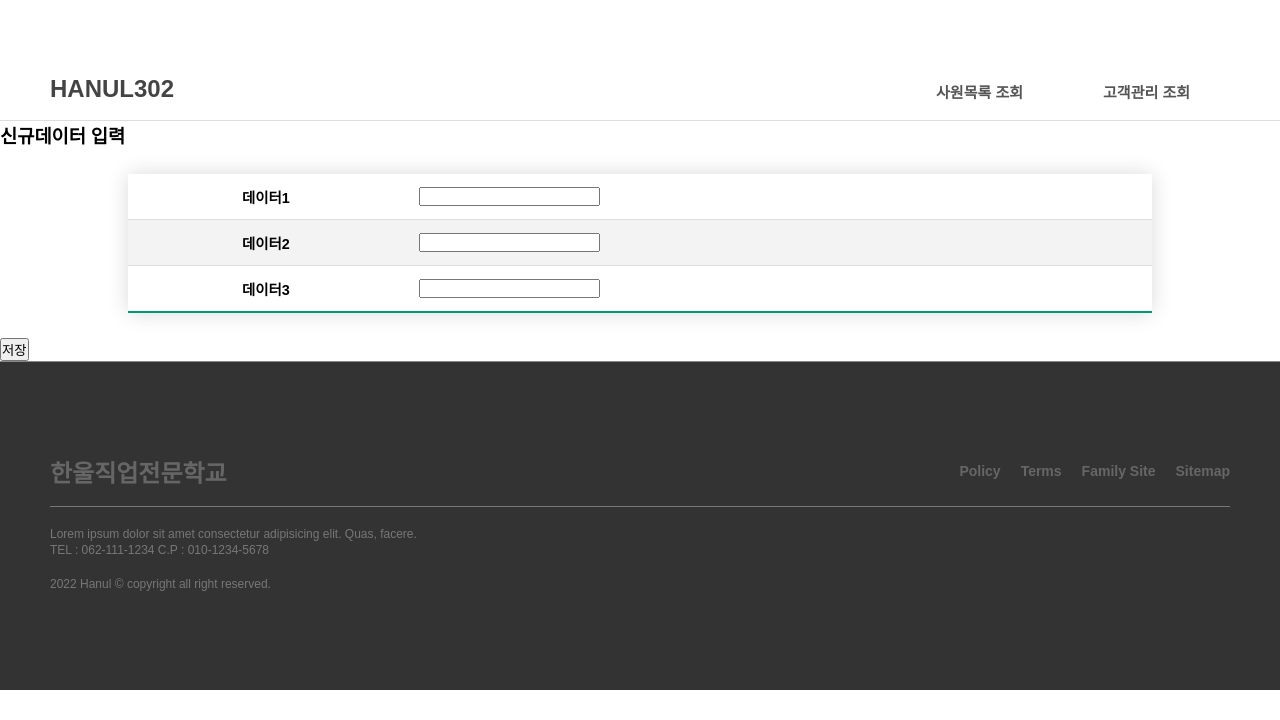
Repository: Xeyeong/servlet
Page: http://localhost/05.MiniProject/test/new.jsp
An editor plug-in stored every save of this project. The page is shown before and after the next save, followed by the edit.
The browser window is 1280 px wide. The pictures show the whole page.
Some web libraries are served in a nearby version. The page is served by Tomcat 9. Other server files are loaded and not shown.

Above is the page before, as saved 2022-09-16 02:58:19.

### 05.MiniProject/src/main/webapp/test/new.jsp
<%@ page language="java" contentType="text/html; charset=UTF-8"
	pageEncoding="UTF-8"%>
<!DOCTYPE html>
<html>
<head>
<meta charset="UTF-8">

<title>Insert title here</title>
</head>
<body>

	<%@ include file="/include/header.jsp"%>

	<h3>신규데이터 입력</h3>
	<table class="styled-table">
		<tr>
			<th>데이터1</th>
			<td><input type="text" /></td>
		</tr>
		<tr>
			<th>데이터2</th>
			<td><input type="text" /></td>
		</tr>
		<tr>
			<th>데이터3</th>
			<td><input type="text" /></td>
		</tr>
	</table>
	<div>
		<input type='submit' value='저장'>
	</div>
	<%@ include file="/include/footer.jsp"%>
</body>
</html>

### 05.MiniProject/src/main/webapp/include/header.jsp
<%@ page language="java" contentType="text/html; charset=UTF-8"
	pageEncoding="UTF-8"%>
<!DOCTYPE html>
<html>
<head>
<meta charset="UTF-8">
<title>Insert title here</title>
</head>
<body>

<head>
<meta charset="UTF-8">
<meta http-equiv="X-UA-Compatible" content="IE=CHROME">
<meta name="viewport" content="width=device-width, initial-scale=1.0">
<title>실습용 테마</title>
<link rel="icon" href="favicon.ico" type="image/x-icon">
<script src="https://kit.fontawesome.com/c47106c6a7.js"
	crossorigin="anonymous"></script>
<link rel="stylesheet" href="css/style.css">
<script src="js/ie.js"></script>
<linka
	href="https://cdn.jsdelivr.net/npm/bootstrap@5.2.0-beta1/dist/css/bootstrap.min.css"
	rel="stylesheet"
	integrity="sha384-0evHe/X+R7YkIZDRvuzKMRqM+OrBnVFBL6DOitfPri4tjfHxaWutUpFmBp4vmVor"
	crossorigin="anonymous">
<script
	src="https://cdn.jsdelivr.net/npm/bootstrap@5.2.0-beta1/dist/js/bootstrap.bundle.min.js"
	integrity="sha384-pprn3073KE6tl6bjs2QrFaJGz5/SUsLqktiwsUTF55Jfv3qYSDhgCecCxMW52nD2"
	crossorigin="anonymous"></script>
<script src="https://code.jquery.com/jquery-3.6.0.min.js"></script>
</head>
<body>
	<header>
		<div class="inner">
			<h1>
				<a href="#">HANUL302</a>
			</h1>
			<ul id="gnb">
				<li><a href="jspTest_01.te">사원목록 조회</a></li>
				<li><a href="jspTest_02.te">고객관리 조회</a></li>
			</ul>


		</div>

	</header></html>

### 05.MiniProject/src/main/webapp/include/footer.jsp
<%@ page language="java" contentType="text/html; charset=UTF-8"
    pageEncoding="UTF-8"%>
<footer>
		<div class="inner">
			<div class="upper">
				<h1>한울직업전문학교</h1>
				<ul>
					<li><a href="#">Policy</a></li>
					<li><a href="#">Terms</a></li>
					<li><a href="#">Family Site</a></li>
					<li><a href="#">Sitemap</a></li>
				</ul>
			</div>
			<div class="lower">
				<address>
					Lorem ipsum dolor sit amet consectetur adipisicing elit. Quas,
					facere.<br> TEL : 062-111-1234 C.P : 010-1234-5678
				</address>
				<p>2022 Hanul &copy; copyright all right reserved.</p>
			</div>
		</div>
</footer>

### 05.MiniProject/src/main/webapp/css/style.css
@charset 'utf-8';


* {
	margin: 0px;
	padding: 0px;
	box-sizing: border-box;
}
ul,
ol {
	list-style: none;
}
a {
	text-decoration: none;
}

/* header */
header {
	width: 100%;
	border-bottom: 1px solid #ddd;
}
header .inner {
	width: 1180px;
	height: 120px;
	margin: 0px auto;
	position: relative; /*자식 absolute 요소의 기준점 설정*/
}
header .inner h1 {
	position: absolute;
	left: 0px;
	bottom: 15px;
}
header .inner h1 a {
	font: bold 24px/1 "arial";
	color: #444;
}
header .inner .util {
	position: absolute;
	top: 20px;
	right: 30px;
}
header .inner .util li {
	float: left;
}
header .inner .util li a {
	display: block;
	font: 18px "arial";
	color: #999;
	padding: 0px 10px;
}
header .inner #gnb {
	position: absolute;
	bottom: 0px;
	right: 0px;
}
header .inner #gnb li {
	float: left;
}
header .inner #gnb li a {
	display: block; /*인라인 요소는 block설정하여 크기를 조절가능*/
	font: bold 15px/1 "arial";
	color: #555;
	padding: 20px 40px;
	transition: all 0.5s;
}
header .inner #gnb li a:hover {
	background: #555;
	color: #fff;
}
figure {
	width: 100%;
	height: calc(100vh - 120px); /*전체 브라우저 높이에서 120px만큼 빼줌*/
	background: #000;
	position: relative;
	overflow: hidden;
	padding-top: 250px;
}
figure video {
	object-fit: cover; /*영상을 figure안쪽에 꽉 차도록 설정*/
	width: 100%;
	height: 100%;
	opacity: 0.3;
	position: absolute;
	top: 0px;
	left: 0px;
}
figure .inner {
	width: 1180px;
	margin: 0px auto;
	position: relative;
}
figure .inner h1 {
	font: normal 120px/1 "arial";
	color: #fff;
	margin-bottom: 20px;
}
figure .inner p {
	font: 16px/1.4 "arial";
	color: #888;
	margin-bottom: 60px;
}
figure .inner a {
	display: block;
	width: 400px;
	height: 30px;
	border: 1px solid #bbb;
	font: bold 11px/30px "arial";
	color: #fff;
	text-align: center;
	letter-spacing: 1px;
	transition: all 0.5s;
}
figure .inner a:hover {
	background: #fff;
	color: #555;
}
/* news */
section {
	width: 100%;
	padding: 200px 0px;
}
section .inner {
	width: 1180px;
	margin: 0px auto;
}
section .inner h1 {
	font: bold 24px/1 "arial";
	color: #555;
	text-align: center;
	margin-bottom: 50px;
}
section .inner .wrap {
	width: 100%;
}
section .inner .wrap::after {
	/*자식 요소인 article의 float해제*/
	content: "";
	display: block;
	clear: both;
}
section .inner .wrap article {
	width: 32%;
	float: left;
	margin-right: 20px;
}
section .inner .wrap article:last-child {
	/*제일 오른쪽 마지막 요소만 여백제거*/
	margin-right: 0px;
}
section .inner .wrap article h2 {
	margin-bottom: 10px;
}
section .inner .wrap article h2 a {
	font: bold 16px/1 "arial";
	color: #555;
}
section .inner .wrap article p {
	font: 14px/1.4 "arial";
	color: #777;
}
section .inner .wrap article .pic {
	width: 100%;
	height: 120px;
	background: #333;
	margin-bottom: 15px;
	position: relative;
	overflow: hidden;
}
section .inner .wrap article .pic img {
	object-fit: cover; /*pic프레임안에 이미지 꽉 채움*/
	width: 100%;
	height: 100%;
}
/* footer */
footer {
	width: 100%;
	background: #333;
	padding: 100px 0px;
	border-top: 1px solid #888;
}
footer .inner {
	width: 1180px;
	margin: 0px auto;
}
footer .inner .upper {
	width: 100%;
	border-bottom: 1px solid #777;
	padding-bottom: 20px;
}
footer .inner .upper::after {
	/*상단 영역 float해제*/
	content: "";
	display: block;
	clear: both;
}
footer .inner .upper h1 {
	float: left;
	font: bold 24px/1 "arial";
	color: #666;
}
footer .inner .upper ul {
	float: right;
}
footer .inner .upper ul li {
	float: left;
	margin-left: 20px;
}
footer .inner .upper ul li a {
	font: bold 14px/1 "arial";
	color: #666;
}
footer .inner .lower {
	width: 100%;
	padding-top: 20px;
}
footer .inner .lower address {
	width: 100%;
	font: 12px/1.3 "arial";
	color: #777;
	margin-bottom: 20px;
}
footer .inner .lower p {
	width: 100%;
	font: 12px/1 "arial";
	color: #777;
}

.styled-table {
	width: 80%;
    border-collapse: collapse;
    margin: 2% 10% 2% 10% ;
    font-size: 0.9em;
    font-family: sans-serif;
    min-width: 400px;
    box-shadow: 0 0 20px rgba(0, 0, 0, 0.15);

}

.styled-table thead tr {
    background-color: #009879;
    color: #ffffff;
    text-align: left;
}

.styled-table th,
.styled-table td {
    padding: 12px 15px;
}

.styled-table tbody tr {
    border-bottom: 1px solid #dddddd;
}

.styled-table tbody tr:nth-of-type(even) {
    background-color: #f3f3f3;
}

.styled-table tbody tr:last-of-type {
    border-bottom: 2px solid #009879;
}

.styled-table tbody tr.active-row {
    font-weight: bold;
    color: #009879;
}



.styled-table {
	width: 80%;
    border-collapse: collapse;
    margin: 2% 10% 2% 10%;
    font-size: 0.9em;
    font-family: sans-serif;
    min-width: 400px;
    box-shadow: 0 0 20px rgba(0, 0, 0, 0.15);
}

.styled-table thead tr {
    background-color: #009879;
    color: #ffffff;
    text-align: left;
}

.styled-table th,
.styled-table td {
    padding: 12px 15px;
}

.styled-table tbody tr {
    border-bottom: 1px solid #dddddd;
}

.styled-table tbody tr:nth-of-type(even) {
    background-color: #f3f3f3;
}

.styled-table tbody tr:last-of-type {
    border-bottom: 2px solid #009879;
}

.styled-table tbody tr.active-row {
    font-weight: bold;
    color: #009879;
}
.list-top{
	width: 80%;
	margin: 2%, 10%;
}
input[ type=button ] {
	padding : 2px 10px
}

Loaded but not shown: 05.MiniProject/src/main/webapp/js/ie.js (common file)

After the next save:
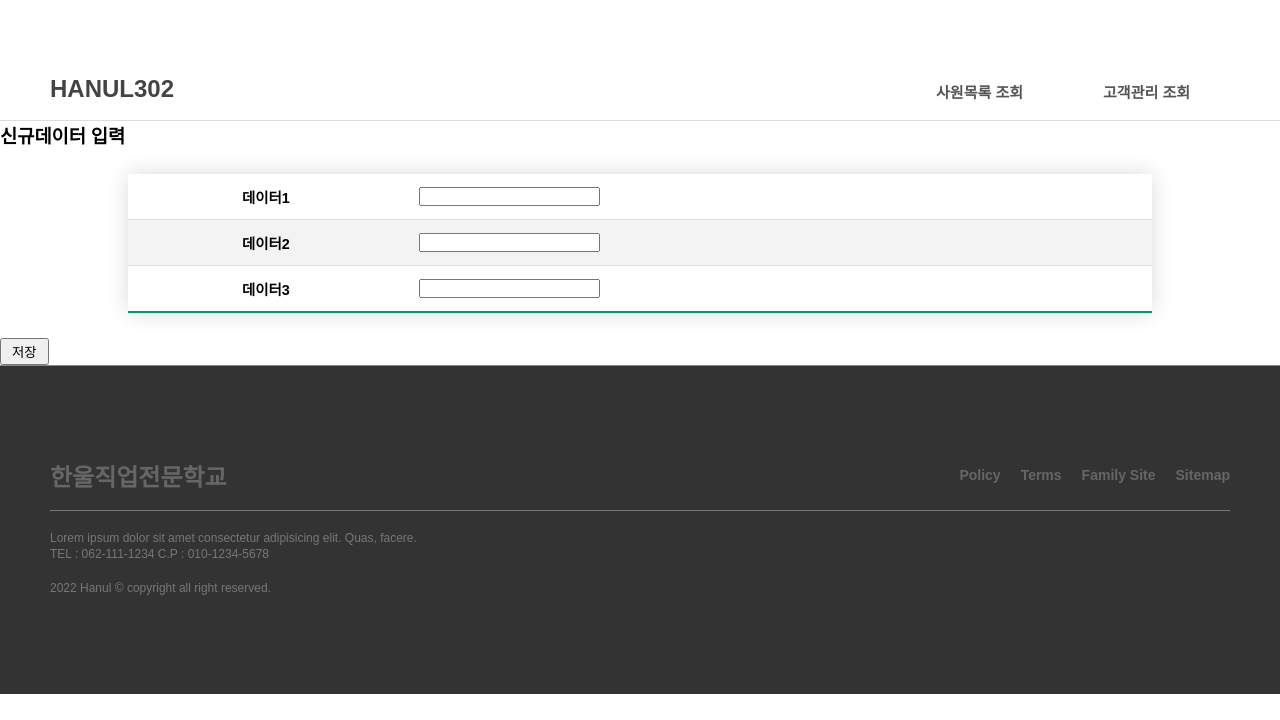
Saved 57 s later.
--- a/05.MiniProject/src/main/webapp/css/style.css
+++ b/05.MiniProject/src/main/webapp/css/style.css
@@ -310,3 +310,7 @@ footer .inner .lower p {
 input[ type=button ] {
 	padding : 2px 10px
 }
+
+input[type=submit ]{
+	padding: 2px 10px
+}
